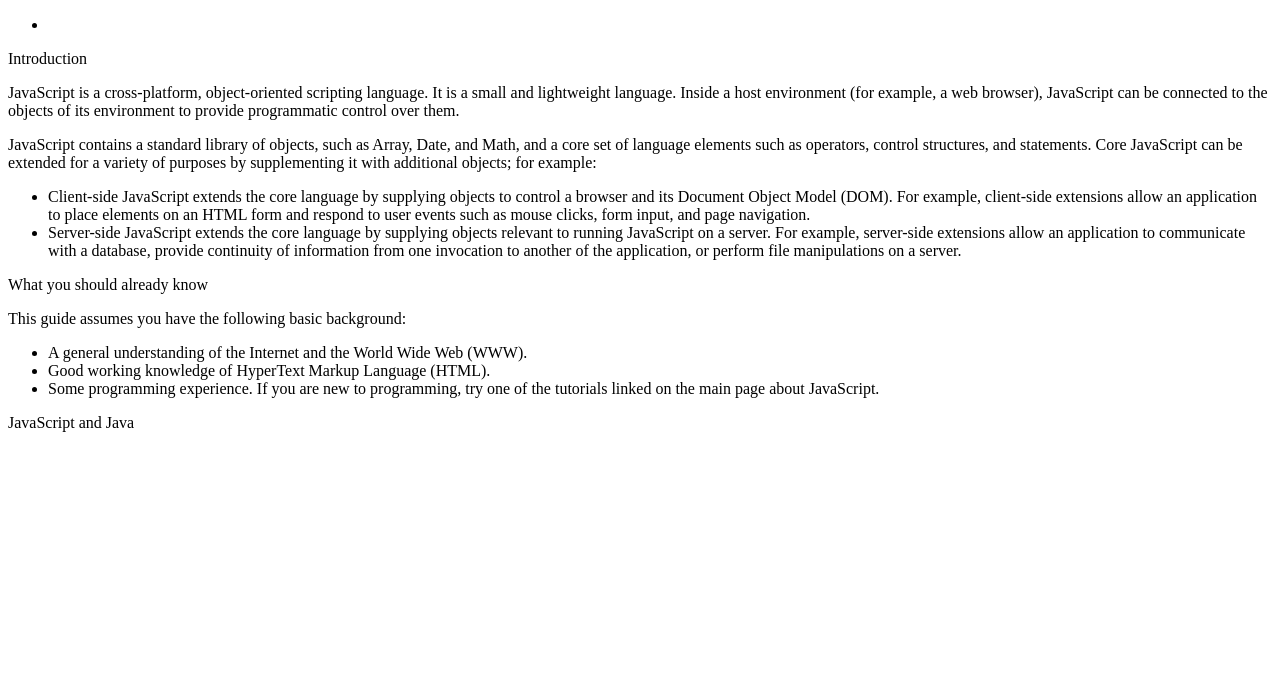
Repository: Lungdjos/technical_document_page_certificate
Page: index.html
These files come from the project's save history. The page is drawn as it stood at one moment and after a run of saves; the edit follows.
The browser window is 1280 px wide. The pictures show the whole page.

Above is the page before, as saved 2023-11-19 22:33:07.

### index.html
<!DOCTYPE html>
<html lang="en">

<head>
    <meta charset="UTF-8">
    <meta name="viewport" content="width=device-width, initial-scale=1.0">
    <title>Technical Document</title>
    <link rel="stylesheet" href="./styles.css">
</head>

<body>
    <nav id="nav-bar">
        <header></header>
        <ul>
            <li>
                <a href="" class="navlink"></a>
            </li>
        </ul>
    </nav>
    <main id="main-doc">
        <section class="main-section" id="Introduction">
            <header id="">Introduction</header>
            <p>JavaScript is a cross-platform, object-oriented scripting language. It is a small and lightweight language. Inside a host environment (for example, a web browser), JavaScript can be connected to the objects of its environment to provide programmatic
                control over them.</p>
            <p>JavaScript contains a standard library of objects, such as Array, Date, and Math, and a core set of language elements such as operators, control structures, and statements. Core JavaScript can be extended for a variety of purposes by supplementing
                it with additional objects; for example:
                <ul>
                    <li>Client-side JavaScript extends the core language by supplying objects to control a browser and its Document Object Model (DOM). For example, client-side extensions allow an application to place elements on an HTML form and respond
                        to user events such as mouse clicks, form input, and page navigation.</li>
                    <li>Server-side JavaScript extends the core language by supplying objects relevant to running JavaScript on a server. For example, server-side extensions allow an application to communicate with a database, provide continuity of information
                        from one invocation to another of the application, or perform file manipulations on a server.</li>
                </ul>
            </p>

        </section>
        <section class="main-section" id="What_you_should_already_know">
            <header id="">What you should already know</header>
            <p>This guide assumes you have the following basic background:
                <ul>
                    <li>A general understanding of the Internet and the World Wide Web (WWW).</li>
                    <li>Good working knowledge of HyperText Markup Language (HTML).</li>
                    <li>Some programming experience. If you are new to programming, try one of the tutorials linked on the main page about JavaScript.</li>
                </ul>
            </p>

        </section>
        <section class="main-section" id="JavaScript_and_Java">
            <header id="">JavaScript and Java</header>
            <p></p>
            <p></p>
            <p></p>
        </section>
        <section class="main-section" id="">
            <header id=""></header>
            <p></p>
            <p></p>
            <p></p>
        </section>
        <section class="main-section" id="">
            <header id=""></header>
            <p></p>
            <p></p>
            <p></p>
        </section>
        <section class="main-section" id="">
            <header id=""></header>
            <p></p>
            <p></p>
            <p></p>
        </section>
        <section class="main-section" id="">
            <header id=""></header>
            <p></p>
            <p></p>
            <p></p>
        </section>
        <section class="main-section" id="">
            <header id=""></header>
            <p></p>
            <p></p>
            <p></p>
        </section>
        <section class="main-section" id="">
            <header id=""></header>
            <p></p>
            <p></p>
            <p></p>
        </section>
        <section class="main-section" id="">
            <header id=""></header>
            <p></p>
            <p></p>
            <p></p>
        </section>
        <section class="main-section" id="">
            <header id=""></header>
            <p></p>
            <p></p>
            <p></p>
        </section>
        <section class="main-section" id="">
            <header id=""></header>
            <p></p>
            <p></p>
            <p></p>
        </section>
        <section class="main-section" id="">
            <header id=""></header>
            <p></p>
            <p></p>
            <p></p>
        </section>
        <section class="main-section" id="">
            <header id=""></header>
            <p></p>
            <p></p>
            <p></p>
        </section>
    </main>
</body>

</html>

### styles.css
/* A technical document page stylings */

After the next 4 saves:
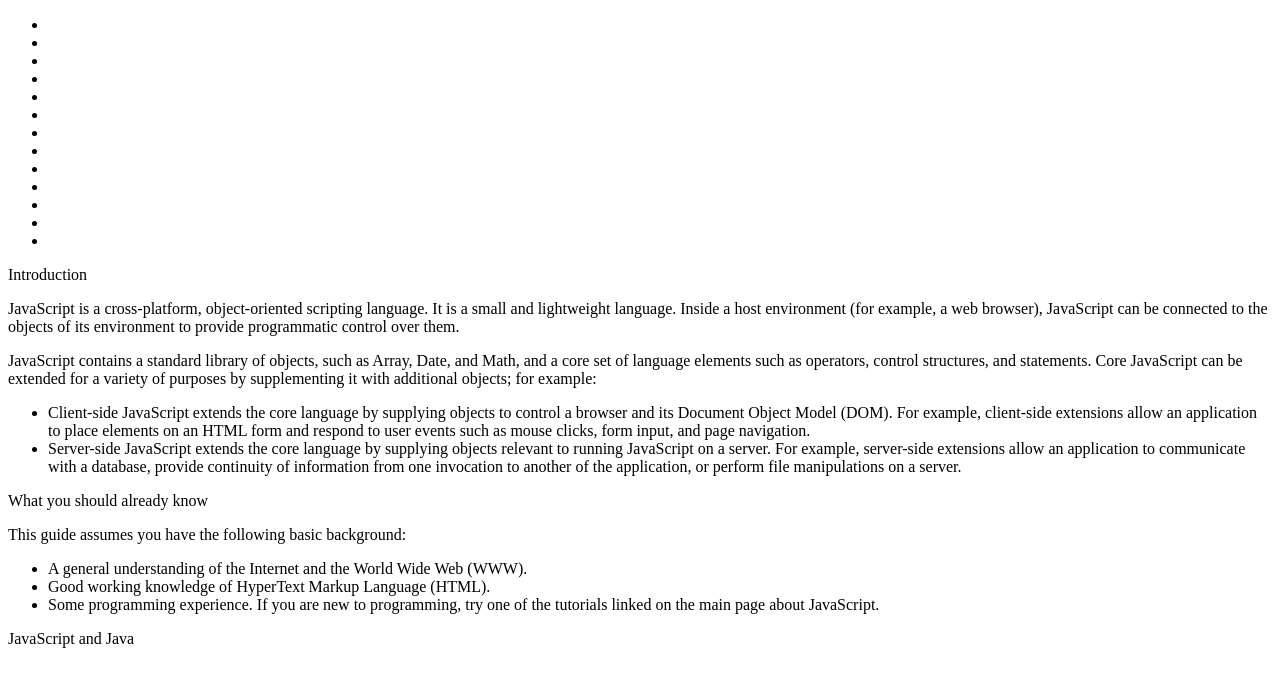
The 4 saves are shown as one change because they came seconds apart.
The last was saved 26 s later.
--- a/index.html
+++ b/index.html
@@ -12,6 +12,42 @@
     <nav id="nav-bar">
         <header></header>
         <ul>
+            <li>
+                <a href="" class="navlink"></a>
+            </li>
+            <li>
+                <a href="" class="navlink"></a>
+            </li>
+            <li>
+                <a href="" class="navlink"></a>
+            </li>
+            <li>
+                <a href="" class="navlink"></a>
+            </li>
+            <li>
+                <a href="" class="navlink"></a>
+            </li>
+            <li>
+                <a href="" class="navlink"></a>
+            </li>
+            <li>
+                <a href="" class="navlink"></a>
+            </li>
+            <li>
+                <a href="" class="navlink"></a>
+            </li>
+            <li>
+                <a href="" class="navlink"></a>
+            </li>
+            <li>
+                <a href="" class="navlink"></a>
+            </li>
+            <li>
+                <a href="" class="navlink"></a>
+            </li>
+            <li>
+                <a href="" class="navlink"></a>
+            </li>
             <li>
                 <a href="" class="navlink"></a>
             </li>
